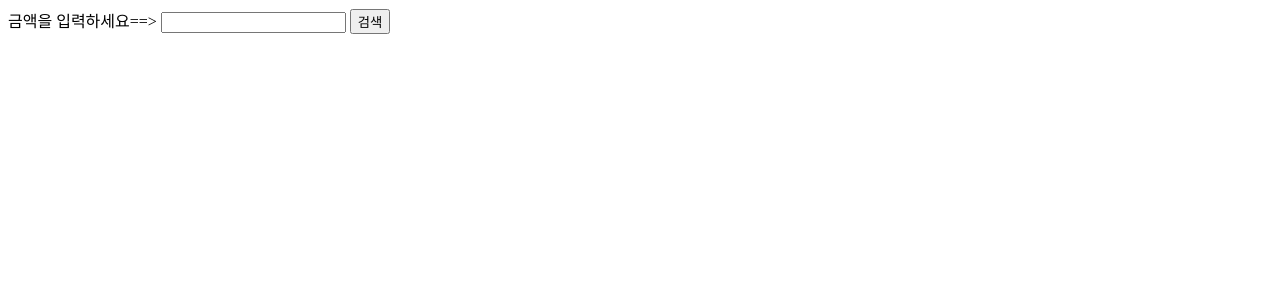
Repository: MegiLove/database_web
Page: http://localhost/day1109/searchBookStartEnd.jsp
These files come from the project's save history. The page is drawn as it stood at one moment and after the next save; the edit follows.
The browser window is 1280 px wide. The pictures show the whole page.
The page is served by Tomcat 9. Other server files are loaded and not shown.

Above is the page before, as saved 2021-11-09 07:56:07.

### day1109/src/main/webapp/searchBookStartEnd.jsp
<%@page import="java.util.Vector"%>
<%@page import="com.sist.vo.BookVO"%>
<%@page import="java.util.ArrayList"%>
<%@page import="com.sist.dao.BookDAO"%>
<%@page import="org.apache.catalina.filters.ExpiresFilter.XServletOutputStream"%>
<%@ page language="java" contentType="text/html; charset=EUC-KR"
    pageEncoding="EUC-KR"%>
<!DOCTYPE html>
<html>
<head>
<meta charset="EUC-KR">
<title>Insert title here</title>
</head>
<body>
	<form action="searchBookStartEnd.jsp" method="post">
	금액을 입력하세요==> <input type="text" name="price">
	<input type="submit" value="검색">
	</form>

	<%
		if(request.getParameter("start")!=null){
		int start= Integer.parseInt(request.getParameter("start"));
		int end= Integer.parseInt(request.getParameter("end"));
		BookDAO dao= new BookDAO();
		ArrayList<BookVO> list= dao.searchBook(start, end);
		%>
		<table>
			<tr>
			<td>도서번호</td>
			<td>도서명</td>
			<td>출판사명</td>
			<td>가격</td>
			</tr>
			<%
			for(BookVO b:list){
				%>
				<tr>
			<td><%=b.getBookid() %></td>
			<td><%=b.getBookname()%></td>
			<td><%=b.getPublisher()%></td>
			<td><%=b.getPrice() %></td>
			</tr>
				<%
			}

			%>
		</table>

		<%
		}
	%>
</body>
</html>

After the next save:
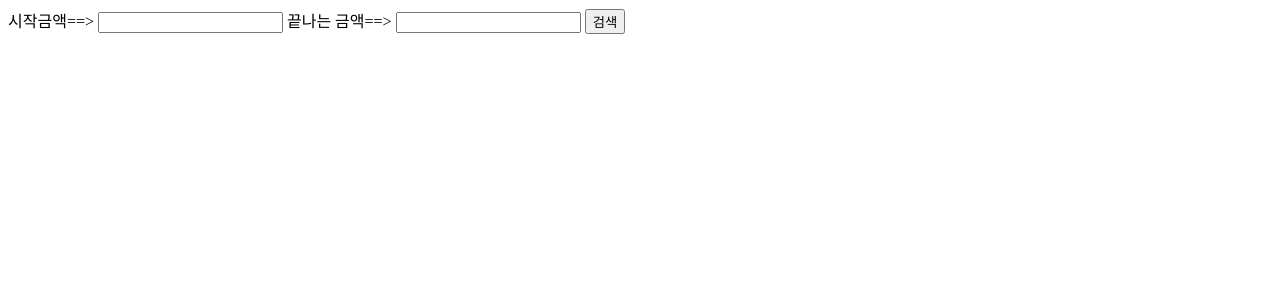
Saved 3 min 27 s later.
--- a/day1109/src/main/webapp/searchBookStartEnd.jsp
+++ b/day1109/src/main/webapp/searchBookStartEnd.jsp
@@ -13,7 +13,8 @@
 </head>
 <body>
 	<form action="searchBookStartEnd.jsp" method="post">
-	금액을 입력하세요==> <input type="text" name="price">
+	시작금액==> <input type="text" name="start">
+	끝나는 금액==> <input type="text" name="start">
 	<input type="submit" value="검색">
 	</form>
 
